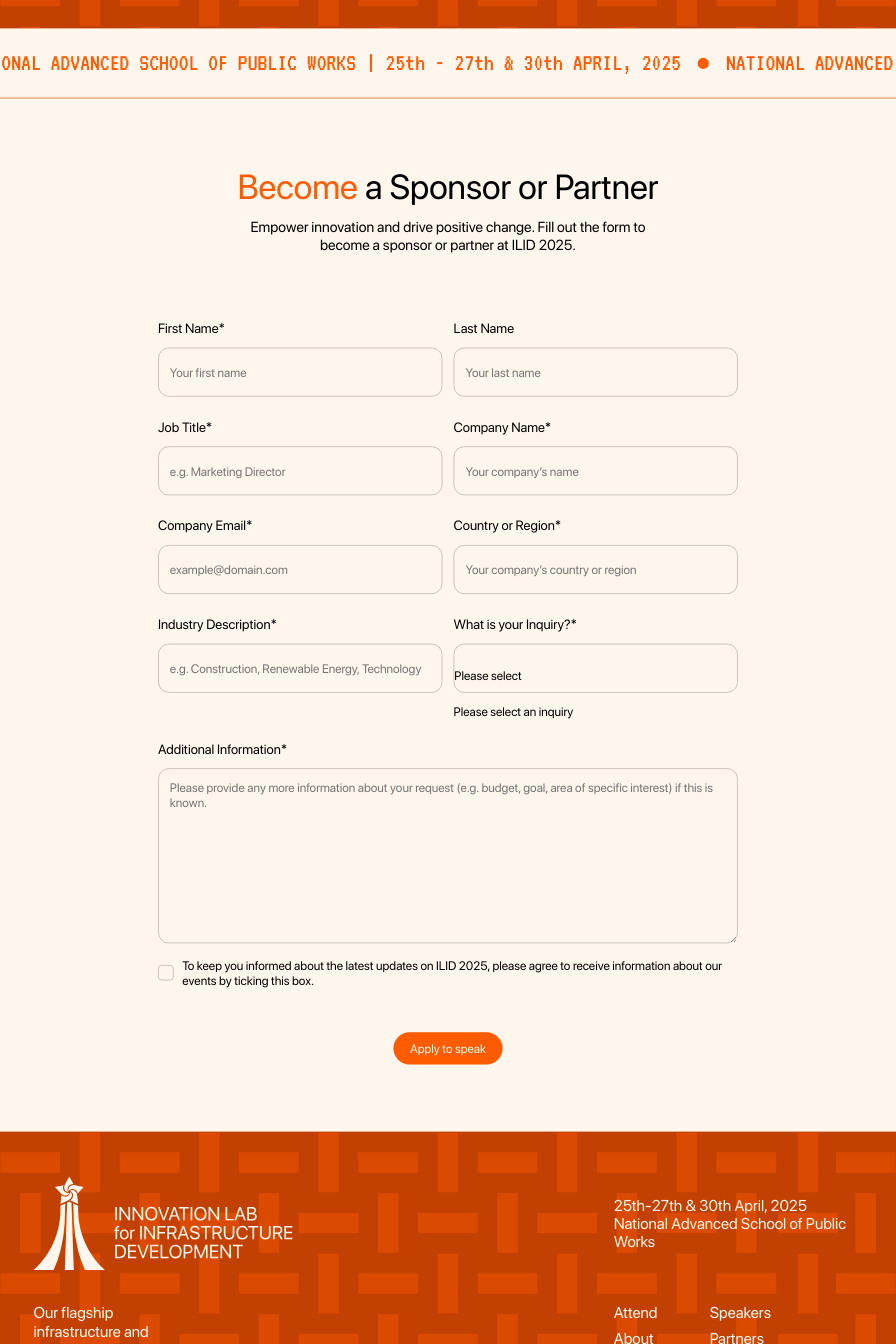
Repository: ilidevent/ilidwebsite
Page: /partners
These files come from the project's save history. The page is drawn as it stood at one moment and after a run of saves; the edit follows.
The browser window is 1280 px wide. The pictures show the part of the page from y = 571 to 2491 px (the page is 2795 px tall), at 70% of full size.
The project was rebuilt for these pictures with package versions that can differ from the ones it lists, and the page was loaded fresh each time. The framework's server and built-in components were replaced by stand-ins that run in the browser. Also part of the build but not shown: next.config.ts, components/ReUsables/ButtonTwo.tsx, styles/ReUsables/aboutboxwrapper.module.scss, components/ReUsables/TextEmail.tsx, styles/ReUsables/sloganbanner.module.scss, components/ReUsables/SloganBanner.tsx, styles/ReUsables/paddingtop.module.scss, components/ReUsables/PaddingTop.tsx and 43 more.

Above is the page before, as saved 2025-03-17 12:27:20.

### app/layout.tsx
import type { Metadata } from "next";
import localFont from "next/font/local";
import { Navbar } from "@/components";
import "../styles/globals.scss";
import Footer from "@/components/Navigation/Footer";

const regular = localFont({
  src: "./fonts/SF-Pro-Display-Regular.ttf",
  variable: "--regular-font"
})

const medium = localFont({
  src: "./fonts/SF-Pro-Display-Medium.ttf",
  variable: "--medium-font"
})

const semibold = localFont({
  src: "./fonts/SF-Pro-Display-Semibold.ttf",
  variable: "--semibold-font"
})

const heavy = localFont({
  src: "./fonts/SF-Pro-Display-Heavy.ttf",
  variable: "--heavy-font"
})

const script = localFont({
  src: "./fonts/VT323-Regular.ttf",
  variable: "--script-font"
})

export const metadata: Metadata = {
  title: "Innovation Lab for Infrastructure Development",
  description: "Generated by create next app",
};

export default function RootLayout({
  children,
}: Readonly<{
  children: React.ReactNode;
}>) {
  return (
    <html lang="en">
      <body className={`${regular.variable} ${medium.variable} ${semibold.variable} ${heavy.variable} ${script.variable}`}>
        <Navbar/>
        {children}
        <Footer/>
      </body>
    </html>
  );
}

### app/partners/layout.tsx
import type { Metadata } from "next";

export const metadata: Metadata = {
  title: "Partners ILID 2025",
  description: "From strategy to design, we craft brands that elevate visibility, build trust, and drive industry success.",
};

export default function RootLayout({
  children,
}: Readonly<{
  children: React.ReactNode;
}>) {
  return <>{children}</>;
}

### app/partners/page.tsx
import React from 'react'
import { PartnersPageWrapper } from '@/components'

const PartnersPage = () => {
  return (
    <div className='main'>
      <PartnersPageWrapper/>
    </div>
  )
}

export default PartnersPage

### components/index.ts
import Navbar from "./Navigation/Navbar";
import HomePageWrapper from "./HomePage/HomePageWrapper";
import AttendPageWrapper from "./AttendPage/AttendPageWrapper";
import SpeakerPageWrapper from "./SpeakerPage/SpeakerPageWrapper";
import AboutPageWrapper from "./AboutPage/AboutPageWrapper";
import AgendaPageWrapper from "./AgendaPage/AgendaPageWrapper";
import PitchPageWrapper from "./PitchPage/PitchPageWrapper";
import PartnersPageWrapper from "./PartnersPage/PartnersPageWrapper";

export {
  Navbar,
  HomePageWrapper,
  AttendPageWrapper,
  SpeakerPageWrapper,
  AboutPageWrapper,
  AgendaPageWrapper,
  PitchPageWrapper,
  PartnersPageWrapper
}

### components/Navigation/Navbar.tsx
import React from 'react'
import Image from 'next/image'
import Link from 'next/link'
import LOGO from "../../public/svg/whitelogo.svg"
import Button from '../ReUsables/Button'
import styles from "../../styles/Navigation/navbar.module.scss"

const Navbar = () => {
  const navLinks = [
    {
      name: "Attend",
      link: "/attend"
    },
    {
      name: "Speakers",
      link: "/speakers"
    },
    {
      name: "About",
      link: "/about"
    },
    {
      name: "Agenda",
      link: "/agenda"
    }
  ]

  const buttonOne = {
    name: "Pitch your idea",
    link: "/pitch-contest",
  }

  const buttonTwo = {
    name: "Partner with us",
    link: "/partners",
  }

  return (
    <>
      <header className={styles.nav__header}>
        <div className={`container ${styles.nav__container}`}>
          <Link className={styles.nav__logo} href="/">
            <Image fill quality={100} alt='ILID Logo' src={LOGO}/>
          </Link>
          <nav className={styles.nav__center}>
            {
              navLinks.map((data, i) => (
                <Link key={i} href={data.link}>{data.name}</Link>
              ))
            }
          </nav>
          <nav className={styles.nav__right}>
            <Button fill={false} buttonInfo={buttonOne}/>
            <Button fill buttonInfo={buttonTwo}/>
          </nav>
        </div>
      </header>
    </>
  )
}

export default Navbar

### components/PartnersPage/PartnersPageWrapper.tsx
"use client";

import React, { useEffect, useState, useRef } from "react";
import Lenis from "lenis";
import ReusableSection from "../ReUsables/ReusableSection";
import SpeakerForm from "../SpeakerPage/SpeakerForm";
import HeroSection from "../ReUsables/HeroSection";
import PartnersForm from "./PartnersForm";
import VenueBanner from "../ReUsables/VenueBanner";

const PartnersPageWrapper = () => {
  const [lenis, setLenis] = useState<Lenis | null>(null);
  const formRef = useRef<HTMLDivElement | null>(null);

  useEffect(() => {
    const lenisInstance = new Lenis({
      duration: 1,
    });

    function raf(time: number) {
      lenisInstance.raf(time);
      requestAnimationFrame(raf);
    }

    requestAnimationFrame(raf);

    // Store the lenis instance in state
    setLenis(lenisInstance);
  }, []);

  const HeroContent = {
    largeText: "Sponsor or Partner at ILID 2025",
    normalText:
      "Sponsor or Partner with us to ignite innovation, empower emerging leaders, and create resilient, future-ready communities in Cameroon.",
    buttonProps: {
      name: "Partner with us",
    }
  };

  const formContent = {
    header: "Become a Sponsor or Partner",
    keywords: ["Become"],
    text: "Empower innovation and drive positive change. Fill out the form to become a sponsor or  partner at ILID 2025.",
  };

  const HeroBreakpoints = {
    lg: "75vh",
    nm: "85vh",
    md: "100vh",
    sm: "100vh",
  };
  return (
    <>
      <HeroSection
        herocontent={HeroContent}
        breakpoints={HeroBreakpoints}
        lenis={lenis}
        reference={formRef}
      />
      <VenueBanner />
      <ReusableSection
        header={formContent.header}
        keywords={formContent.keywords}
        text={formContent.text}
        textColor="#000000"
        backgroundColor="#FFF6ED"
        ref={formRef}
      >
        <PartnersForm />
      </ReusableSection>
    </>
  )
}

export default PartnersPageWrapper

### styles/Navigation/footer.module.scss
.footer__section{
  width: 100%;
  height: auto;
  position: relative;
  background-color: var(--darkorange);
  padding: 4rem 0 0;
  color: var(--body-color);
}

.footer__container{
  height: auto;
  position: relative;
  z-index: 1;
  display: flex;
  flex-direction: column;
  gap: 7rem;
}

.footer__top{
  position: relative;
  width: 100%;
  display: flex;
  flex-direction: column;
  gap: 3rem;
  justify-content: flex-start;
  align-items: flex-start;
}

.ft__top{
  width: 100%;
  height: auto;
  display: flex;
  justify-content: space-between;
  align-items: center;
}

.ft__image{
  width: 370px;
  aspect-ratio: 1112.0159/400;
  position: relative;

  img {
    object-fit: cover;
  }
}

.loca__venue{
  width: 30%;
  height: auto;

  span{
    font-size: calc(var(--normal-font-size) + 0.3rem);
  }
}

.ft__bottom{
  width: 100%;
  height: auto;
  display: flex;
  justify-content: space-between;
  align-items: flex-start;
}

.ftb__left{
  width: 20%;
  height: auto;
  display: flex;
  flex-direction: column;
  gap: 1.5rem;

  p{
    font-size: calc(var(--normal-font-size) + 0.3rem);
    line-height: 1.2;
  }
}

.svg__container{
  position: relative;
  display: flex;
  gap: 1.5rem;
}

.svg{
  width: 25px;
  height: 25px;
  display: block;
  color: var(--body-color);
  position: relative;
}

.ftb__right{
  width: 30%;
  height: auto;
  display: flex;
  gap: 4rem;
  align-items: flex-start;
}

.fnav__links{
  display: flex;
  flex-direction: column;
  gap: 0.7rem;

  a{
    color: var(--body-color);
    font-size: calc(var(--normal-font-size) + 0.3rem);
    opacity: 1;
    transition: all 0.7s ease;

    &:hover{
      opacity: 0.6;
    }
  }
}

.fback__image{
  width: 100%;
  height: 100%;
  position: absolute;
  top: 0;
  left: 0;

  img{
    object-fit: cover;
  }
}

.footer__bottom{
  width: 100%;
  padding: 1.5rem 0;
  border-top: 1px solid var(--body-color);
  font-size: var(--small-font-size);
  display: flex;
  justify-content: space-between;
  align-items: center;

  p{
    display: flex;
    gap: 0.15rem;

    .better{
      font-family: var(--medium-font);
      text-decoration: underline;
      cursor: pointer;
    }
  }
}

### components/ReUsables/Button.tsx
"use client";

import React from "react";
import Link from "next/link";
import styles from "../../styles/ReUsables/button.module.scss";

interface ButtonInfo {
  name: string;
  link?: string;
}

interface ButtonProps {
  buttonInfo: ButtonInfo;
  fill: boolean;
  onClick?: () => void;
}

const Button = ({ buttonInfo, fill, onClick }: ButtonProps) => {
  // If a link is provided, render a Link
  if (buttonInfo.link) {
    return fill ? (
      <Link className={styles.button__background} href={buttonInfo.link}>
        {buttonInfo.name}
      </Link>
    ) : (
      <Link className={styles.button__stroke} href={buttonInfo.link}>
        {buttonInfo.name}
      </Link>
    );
  }

  // If no link is provided but an onClick is available, render a clickable span
  if (onClick) {
    return fill ? (
      <span className={styles.button__background} onClick={onClick}>
        {buttonInfo.name}
      </span>
    ) : (
      <span className={styles.button__stroke} onClick={onClick}>
        {buttonInfo.name}
      </span>
    );
  }

  // Fallback: render a non-clickable span
  return fill ? (
    <span className={styles.button__background}>{buttonInfo.name}</span>
  ) : (
    <span className={styles.button__stroke}>{buttonInfo.name}</span>
  );
};

export default Button;

### styles/Navigation/navbar.module.scss
.nav__header {
  width: 100%;
  height: auto;
  padding: 1rem 0;
  position: fixed;
  top: 0;
  left: 0;
  z-index: 100;
}

.nav__container {
  position: relative;
  display: flex;
  justify-content: space-between;
  align-items: center;
}

.nav__logo {
  width: 270px;
  aspect-ratio: 1112.0159/400;
  position: relative;

  img {
    object-fit: cover;
  }
}

.nav__center {
  position: absolute;
  top: 50%;
  left: 50%;
  transform: translate(-50%, -50%);
  display: flex;
  gap: 1.5rem;

  a {
    color: var(--body-color);
    opacity: 1;
    transition: opacity 0.5s ease;

    &:hover {
      opacity: 0.5;
    }
  }
}

.nav__right{
  display: flex;
  gap: 1.5rem
}

### components/ReUsables/HeroSection.tsx
import React from "react";
import Button from "./Button";
import Image from "next/image";
import Lenis from "lenis";
import HEROBACK from "../../public/svg/heroback.svg"
import styles from "../../styles/ReUsables/herosection.module.scss";

interface HeroContent {
  largeText: string;
  normalText: string;
  buttonText?: string;
  buttonProps: {
    name: string;
    link?: string;
  };
}

interface HeroBreakpoints {
  lg: string;
  nm: string;
  md: string;
  sm: string;
}

const HeroSection = ({
  herocontent,
  breakpoints,
  lenis,
  reference,
}: {
  herocontent: HeroContent;
  breakpoints: HeroBreakpoints;
  lenis?: Lenis | null;
  reference?: React.RefObject<HTMLDivElement | null>;
}) => {


  const handleLenisScroll = () => {
    if (lenis && reference?.current) {
      const referenceTop =
        window.scrollY + reference?.current.getBoundingClientRect().top;
      lenis.scrollTo(referenceTop);
    }
  };


  return (
    <section
      className={styles.hero__section}
      style={
        {
          "--lg": breakpoints.lg,
          "--nm": breakpoints.nm,
          "--md": breakpoints.md,
          "--sm": breakpoints.sm,
        } as React.CSSProperties
      }
    >
      <div className={styles.hero__container}>
        <div className={styles.content__wrapper}>
          <div className={styles.large__text}>
            <h1>{herocontent.largeText}</h1>
          </div>
          <div className={styles.normal__text}>
            <p>{herocontent.normalText}</p>
          </div>
          <div className={styles.hbutton__wrapper}>
            {herocontent.buttonText && <p className={styles.button__text}>{herocontent.buttonText}</p>}
            <Button fill={false} buttonInfo={herocontent.buttonProps} onClick={handleLenisScroll}/>
          </div>
        </div>
      </div>
      <div className={styles.hero__image}>
        <Image fill quality={100} alt="ILID Pattern" src={HEROBACK}/>
      </div>
    </section>
  );
};

export default HeroSection;

### styles/ReUsables/button.module.scss
.button__background{
  padding: 0.7rem 1.5rem;
  border-radius: 100px;
  background-color: var(--body-color);
  color: var(--orange);
  border: 1px solid transparent;
  transition: all 0.5s ease;
  cursor: pointer;

  &:hover{
    border: 1px solid var(--body-color);
    color: var(--body-color);
    background-color: transparent;
  }
}

.button__stroke{
  padding: 0.7rem 1.5rem;
  border-radius: 100px;
  background-color: transparent;
  color: var(--body-color);
  border: 1px solid var(--body-color);
  transition: all 0.5s ease;
  cursor: pointer;

  &:hover{
    border: 1px solid transparent;
    color: var(--orange);
    background-color: var(--body-color);
  }
}

.button__strokeTwo{
  padding: 0.7rem 1.5rem;
  border-radius: 100px;
  background-color: transparent;
  color: var(--orange);
  border: 1px solid var(--orange);
  transition: all 0.5s ease;

  &:hover{
    border: 1px solid transparent;
    color: var(--body-color);
    background-color: var(--orange);
  }
}

### styles/ReUsables/herosection.module.scss
.hero__section {
  width: 100vw;
  height: var(--nm);
  background-color: var(--darkorange);
  position: relative;
  color: var(--body-color);
}

.hero__image{
  width: 100%;
  height: 100%;
  position: absolute;
  top: 0;
  left: 0;

  img{
    object-fit: cover;
  }
}

.hero__container {
  width: 100%;
  height: 100%;
  position: relative;
  z-index: 1;
}

.content__wrapper {
  width: 930px;
  height: auto;
  position: absolute;
  top: 150px;
  left: 50%;
  transform: translateX(-50%);
  display: flex;
  flex-direction: column;
  justify-content: flex-start;
  align-items: center;
  gap: 1.5rem;
}

.large__text {
  h1 {
    font-size: calc(var(--biggest-font-size) - 2.3rem);
    font-weight: 100;
    text-align: center;
    line-height: 1.03;
  }
}

.normal__text {
  width: 70%;
  text-align: center;

  p {
    font-size: calc(var(--normal-font-size) + 0.2rem);
  }
}

.hbutton__wrapper{
  display: flex;
  flex-direction: column;
  gap: 1rem;
  align-items: center;
  margin-top: 1.5rem;
}

@media screen and (min-height: 800px) {
  .hero__section{
    height: var(--lg);
  }

  .content__wrapper{
    width: 1030px;
    top: 21%;
  }

  .large__text {
    h1 {
      font-size: calc(var(--biggest-font-size) - 1.5rem);
      font-weight: 100;
      text-align: center;
      line-height: 1.1;
    }
  }

  .normal__text {
    width: 70%;
    text-align: center;

    p {
      font-size: calc(var(--h2-font-size) - 1rem);
    }
  }

  .hbutton__wrapper{
    display: flex;
    flex-direction: column;
    gap: 1.5rem;
    align-items: center;
    margin-top: 2rem;
  }
}

### styles/ReUsables/venuebanner.module.scss
.vb__section{
  position: relative;
  width: 100%;
  height: auto;
  padding: 0rem 0 3rem;
}

.vbslider__container{
  width: 100%;
  padding: 2rem 0;
  border-bottom: 1px solid var(--orange);
}

.vb__slider{
  width: max-content;
  position: relative;
  display: flex;
}

.vslider__main{
  display: flex;

  .vslider__space{
    width: 1rem;
    height: 1rem;
    display: block;
  }
}

.vslider__content{
  display: flex;
  gap: 1.5rem;
  align-items: center;
  font-family: var(--script-font);
  font-size: calc(var(--h2-font-size) - 0.3rem);
  color: var(--orange);
}

.vfirst__slide{
  display: flex;
  align-items: center;
  gap: 1.5rem;

  p{
    word-wrap: none;
  }

  .vspan__button{
    display: block;
    width: 1rem;
    height: 1rem;
    border-radius: 50%;
    background-color: var(--orange);
  }
}

### components/ReUsables/HighlighedText.tsx
import React from 'react'
import styles from "../../styles/ReUsables/highlightedtext.module.scss";

interface HighlightedTextProps {
  text: string;
  keywords?: string[];
  color: string;
}

const HighlightedText = ({
  text,
  keywords,
  color
}: HighlightedTextProps) => {
  // Split the text into words
  const words = text.split(" ");

  return (
    <p className={styles.large__text}>
      {words.map((word, index) => {
        // Remove punctuation for matching and convert to lowercase.
        const cleanedWord = word.replace(/[.,!?;:()]/g, "");

        if (keywords?.includes(cleanedWord)) {
          return (
            <span key={index} style={{color: "var(--orange)"}}>
              {word}{" "}
            </span>
          );
        } else {
          return (
            <span key={index} style={{color: color}}>
              {word}{" "}
            </span>
          );
        }
      })}
    </p>
  );
};

export default HighlightedText;

### styles/ReUsables/reusablesection.module.scss
.rs__content{
  width: 100%;
  height: auto;
  position: relative;
}

.rs__container{
  height: max-content;
}

.rs__wrapper{
  width: 100%;
  height: auto;
  display: flex;
  flex-direction: column;
  justify-content: flex-start;
  gap: 6rem;
  align-items: center;
}

.rscontent__header{
  width: 60%;
  display: flex;
  flex-direction: column;
  align-items: center;
  justify-content: flex-start;
  gap: 1rem;

  .p__tag{
    text-align: center;
    width: 85%;
    font-size: calc(var(--normal-font-size) + 0.2rem);
  }
}

.rsmain__content{
  width: 100%;
  height: auto;
}

.rButton{
  display: flex;
  flex-direction: column;
  align-items: center;

}

.rbutton__text{
  width: max-content;
  margin-bottom: 1rem;
}

### components/ReUsables/FormInput.tsx
"use client";

import React, { useState, useEffect } from "react";
import styles from "../../styles/ReUsables/forminput.module.scss";

interface FormField {
  id: number;
  name: string;
  type: string;
  placeholder: string;
  errorMessage?: string;
  label: string;
  required: boolean;
  minlength?: number;
  inputState: boolean;
}

const FormInput = ({
  data,
  isSubmitting,
}: {
  data: FormField;
  isSubmitting: boolean;
}) => {
  const [focused, setFocused] = useState(false);

  useEffect(() => {
    if (isSubmitting) {
      setFocused(false);
    }
  }, [isSubmitting]);

  const handleFocus = () => {
    if (!isSubmitting) { // Skip onBlur during form reset/submission
      setFocused(true);
    }
  };

  return (
    <div className={styles.input__wrapper}>
      <label htmlFor={data.name} className={styles.label}>
        {data.label}
      </label>
      {data.inputState ? (
        <input
          className={styles.input}
          name={data.name}
          type={data.type}
          placeholder={data.placeholder}
          required={data.required}
          minLength={data.minlength}
          onBlur={handleFocus}
          data-focused={focused.toString()}
        />
      ) : (
        <textarea
          className={styles.textarea}
          name={data.name}
          placeholder={data.placeholder}
          required={data.required}
          minLength={data.minlength}
          onBlur={handleFocus}
          data-focused={focused.toString()}
        />
      )}
      <span className={styles.error}>{data.errorMessage}</span>
    </div>
  );
};

export default FormInput;

### styles/ReUsables/highlightedtext.module.scss
.large__text{
  font-size: calc(var(--h2-font-size) + 0.6rem);
}

.phrase__text{
  font-size: calc(var(--normal-font-size) + 0.6rem);
  text-align: justify;
}

### components/ReUsables/FormSelector.tsx
import React from "react";
import styles from "../../styles/ReUsables/formselector.module.scss";

const FormSelector = () => {
  return (
    <div className={styles.select__wrapper}>
      <span className={styles.flabel}>What is your Inquiry?*</span>
      <div className={styles.finput}>
        <span className={styles.selection}>Please select</span>
      </div>
      <span className={styles.ferror}>Please select an inquiry</span>
    </div>
  );
};

export default FormSelector;

### styles/ReUsables/forminput.module.scss
.input__wrapper{
  width: 100%;
  height: auto;
  display: flex;
  flex-direction: column;
  gap: 1rem
}

.label{
  font-size: calc(var(--normal-font-size) + 0.1rem);
  text-transform: none;
}

.input {
  width: 100%;
  height: 70px;
  padding-left: 1rem;
  outline: none;
  background-color: transparent;
  border-radius: 15px;
  border: 1px solid rgba(0, 0, 0, 0.3);


  &:focus {
    border: 1px solid #ffa473;
  }

  &:invalid[data-focused="true"] {
    border: 1px solid red;
  }

  &:invalid[data-focused="true"] ~ .error {
    display: block;
  }
}

.textarea {
  width: 100%;
  min-height: 250px;
  padding-top: 1rem;
  padding-left: 1rem;
  outline: none;
  border: 1px solid rgba(0, 0, 0, 0.3);
  background-color: transparent;
  border-radius: 15px;


  &:focus {
    border: 1px solid #ffa473;
  }

  &:invalid[data-focused="true"] {
    border: 1px solid rgb(255, 0, 0);
  }

  &:invalid[data-focused="true"] ~ .error {
    display: block;
  }
}

.error {
  font-size: calc(var(--normal-font-size) - 0.1rem);
  color: rgb(255, 0, 0);
  display: none;
  margin-top: -0.2rem;
}

### styles/ReUsables/formselector.module.scss
.select__wrapper{
  width: 100%;
  height: auto;
  display: flex;
  flex-direction: column;
  gap: 1rem;
  position: relative;
}

.flabel{
  font-size: calc(var(--normal-font-size) + 0.1rem);
  text-transform: none;
}

.finput {
  width: 100%;
  position: relative;
  height: 70px;
  background-color: transparent;
  border-radius: 15px;
  border: 1px solid rgba(0, 0, 0, 0.3);
}

.selection{
  position: absolute;
  top: 50%
}

Loaded but not shown: utils/index.ts (2098 lines, source omitted); components/Navigation/BetterMarque.tsx (236 lines, source omitted); components/Navigation/Footer.tsx (119 lines, source omitted); components/PartnersPage/PartnersForm.tsx (122 lines, source omitted); components/ReUsables/VenueBanner.tsx (90 lines, source omitted); styles/Navigation/bettermarque.module.scss (150 lines, source omitted); styles/globals.scss (167 lines, source omitted); components/ReUsables/ReusableSection.tsx (86 lines, source omitted); styles/AttendPage/attendform.module.scss (137 lines, source omitted)

After the next 6 saves:
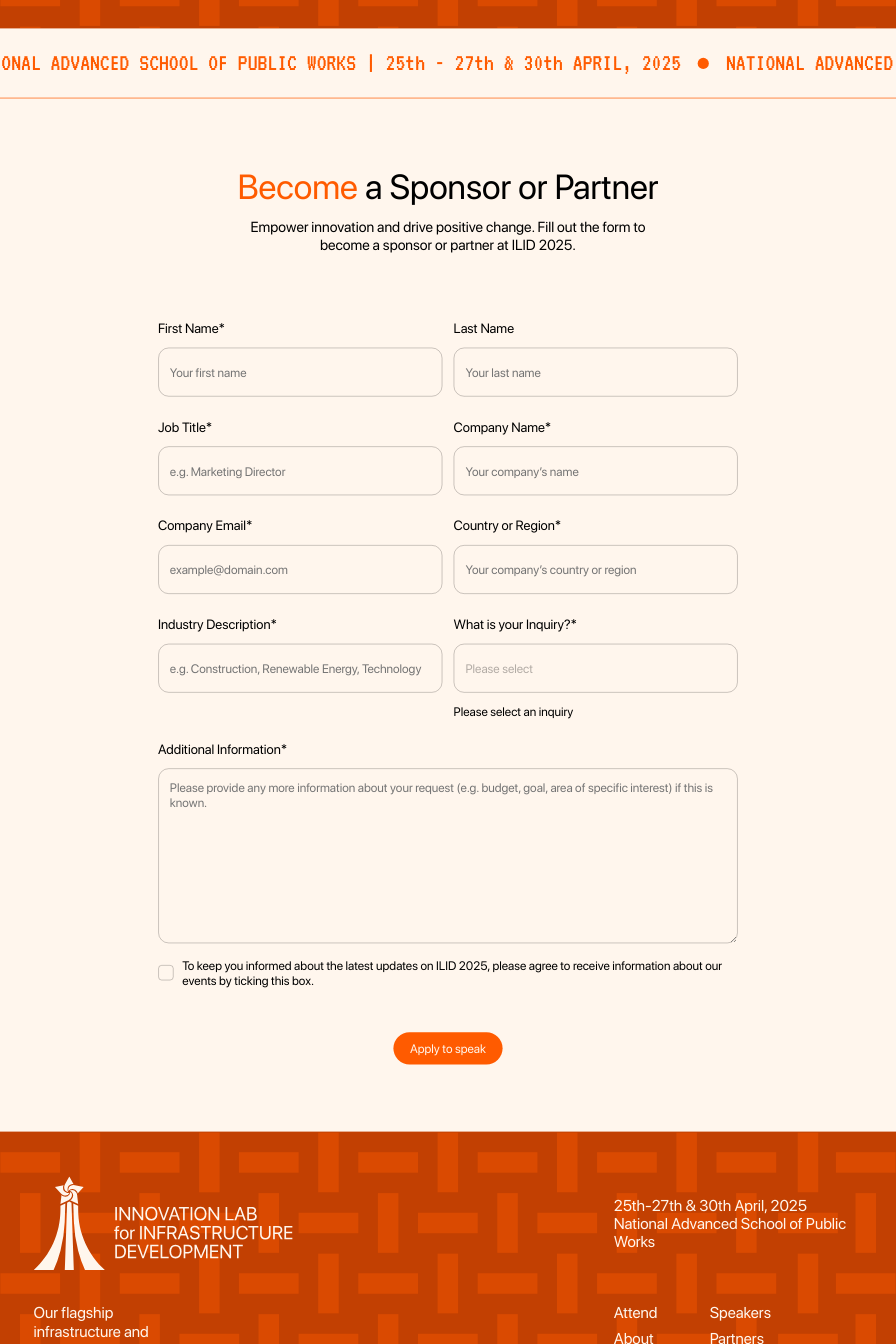
The 6 saves are shown as one change because 1 did not build or start and some came seconds apart.
The last was saved 32 s later.
--- a/styles/ReUsables/formselector.module.scss
+++ b/styles/ReUsables/formselector.module.scss
@@ -23,5 +23,8 @@
 
 .selection{
   position: absolute;
-  top: 50%
+  top: 50%;
+  left: 1rem;
+  transform: translateY(-50%);
+  color: rgba(0, 0, 0, 0.3) ;
 }
